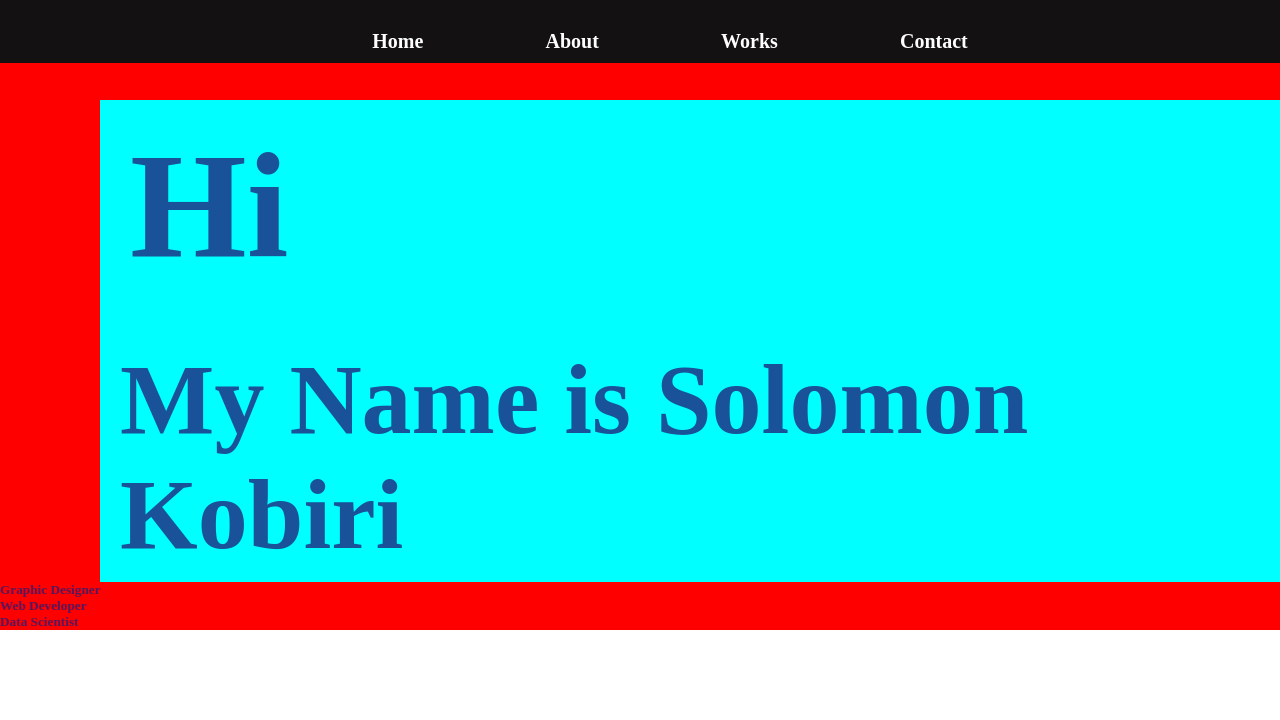
Repository: Kwabena-Kobiri/yellocoders
Page: index.html
An editor plug-in stored every save of this project. The page is shown before and after the next save, followed by the edit.
The browser window is 1280 px wide. The pictures show the whole page.

Above is the page before, as saved 2021-05-05 22:47:24.

After the next save:
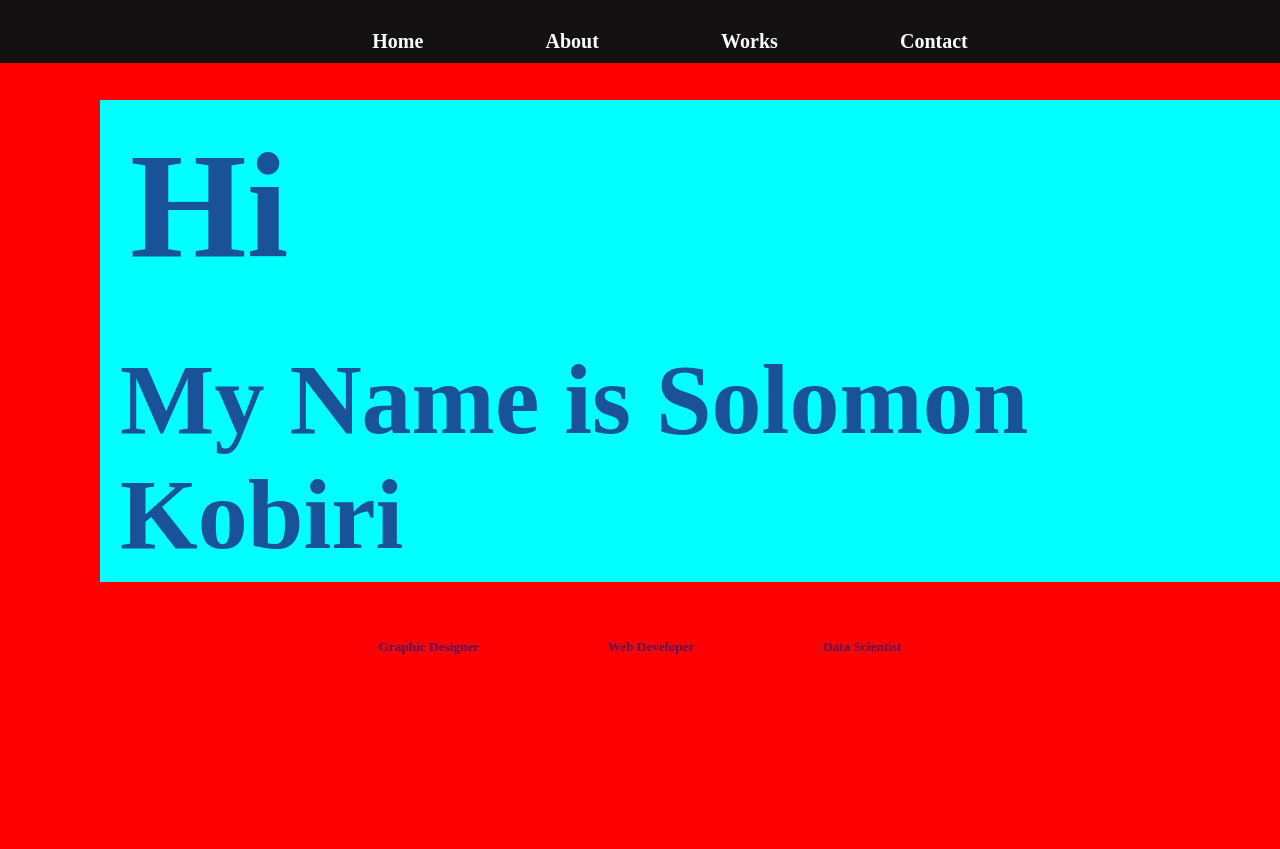
Saved 81 s later.
--- a/index.css
+++ b/index.css
@@ -63,7 +63,7 @@
     justify-content: center;
 }
 
-/* .Skills {
+.Skills {
     background-color: red;
     margin: 50px 250px 180px 250px;
     display: flex;
@@ -72,7 +72,7 @@
     height: 30px;
     padding-top: 7px;
     border-radius: 20px;
-} */
+}
 
 /* .Skills > h5 {
     font-size: large;
